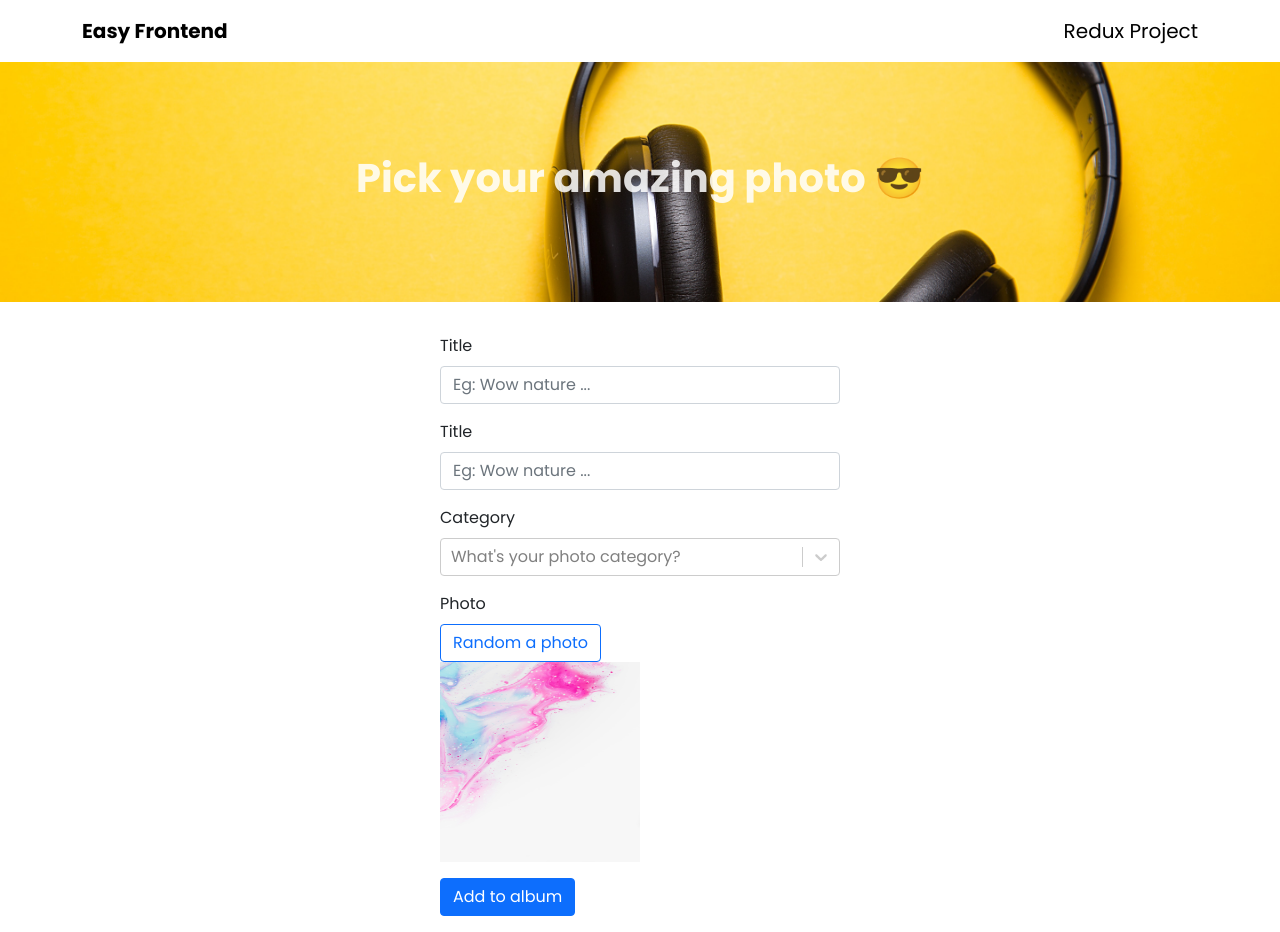
Repository: duckhai80/Redux-photo-app
Page: /photos/add
The author's editor kept a copy of each file at every save. The page is drawn from the files as they stood at one save, then again after the next save.
The browser window is 1280 px wide. The pictures show the whole page.
The project was rebuilt for these pictures with package versions that can differ from the ones it lists, and the page was loaded fresh each time. Also part of the build but not shown: src/App.css, src/components/NotFound/index.jsx.

Above is the page before, as saved 2021-10-29 14:30:46.

After the next save:
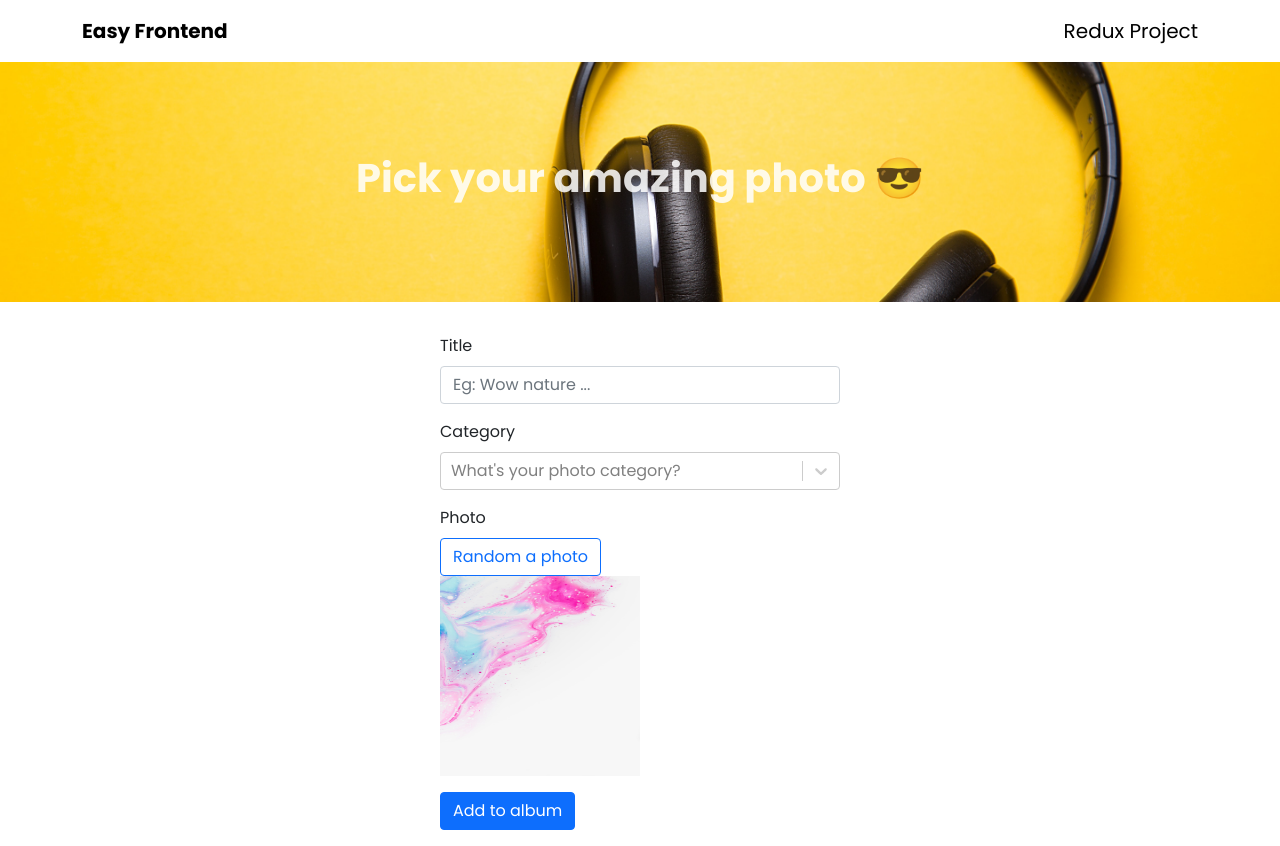
Saved 4 min 3 s later.
--- a/src/features/Photo/components/PhotoForm/index.jsx
+++ b/src/features/Photo/components/PhotoForm/index.jsx
@@ -34,15 +34,6 @@ function PhotoForm(props) {
               label="Title"
               placeholder="Eg: Wow nature ..."
             />
-
-            <FormGroup>
-              <Label for="titleId">Title</Label>
-              <Input
-                name="title"
-                id="titleId"
-                placeholder="Eg: Wow nature ..."
-              />
-            </FormGroup>
 
             <FormGroup>
               <Label for="categoryId">Category</Label>
